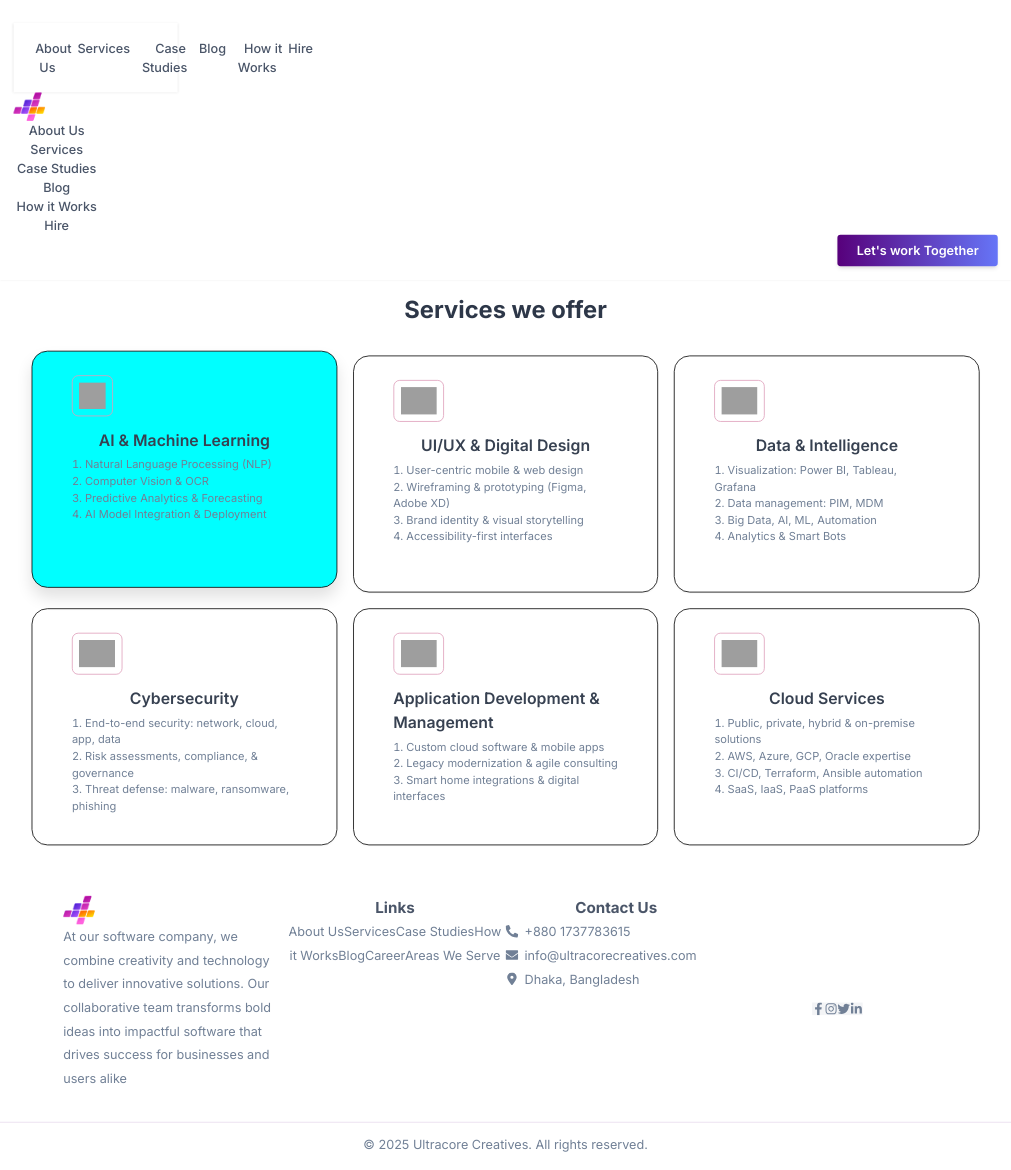
Repository: nazifat/ultra-core
Page: /services
The author's editor kept a copy of each file at every save. The page is drawn from the files as they stood at one save, then again after the next save.
The browser window is 1280 px wide. The pictures show the whole page, at 79% of full size.
The pointer rests on the first visible `.hover-card`.
Pictures or frames that could not be fetched are drawn as grey boxes. The project was rebuilt for these pictures with package versions that can differ from the ones it lists, and the page was loaded fresh each time. Also part of the build but not shown: vite.config.js, src/App.jsx, src/Pages/ErrorPage/ErrorPage.jsx, src/Components/Divider/Divider.jsx, src/Components/CustomHeader/CustomHeader.jsx, src/Pages/Home/Approach/Approach.jsx, src/Pages/Home/Banner/Banner.jsx, src/Pages/Home/BoldIdeas/BoldIdeas.jsx and 23 more.

Above is the page before, as saved 2025-07-10 14:16:16.

### index.html
<!doctype html>
<html lang="en">
  <head>
    <meta charset="UTF-8" />
    <link rel="icon" type="image/svg+xml" href="/vite.svg" />
    <meta name="viewport" content="width=device-width, initial-scale=1.0" />
    <title>Ultracore Creatives</title>
  </head>
  <body>
    <div id="root"></div>
    <script type="module" src="/src/main.jsx"></script>
  </body>
</html>

### src/main.jsx
import { StrictMode } from 'react'
import { createRoot } from 'react-dom/client'
import './index.css'
import App from './App.jsx'
import { router } from './Providers/RouterProvider/RouterProvider'

import {

  RouterProvider
} from "react-router-dom";

createRoot(document.getElementById('root')).render(
  <StrictMode>
    <RouterProvider router={router} />

  </StrictMode>,
)

### src/index.css

@import "@fontsource/inter"; /* Defaults to 400 weight */
@import "@fontsource/inter/500.css";
@import "@fontsource/inter/600.css";
@import "@fontsource/inter/700.css";

@tailwind base;
@tailwind components;
@tailwind utilities;


body{
    background-color: white;
}


.custom-navbar{
    font-family: 'Inter', sans-serif;
    font-weight: 500;
    color: #4A5568;
    font-size: 16px;
}

.custom-navbar a{
  margin-right: 15px;
}



.custom-footer{


font-family: 'Inter', sans-serif;
font-weight: 400;
color: #718096;
line-height:  30px;
letter-spacing: 0%;
font-size: 16px;

}

.custom-footer h6{

  color: #4A5568 !important;
  font-weight:700;
  text-transform: capitalize;
  font-size: larger;

}

.card{
    width: fit-content;
    width: 95%;
    margin: auto;
    height: 400px;
}

@media (max-width: 480px) {
    .card {
      height: 300px; /* or any smaller value */
      width: 80%;
    }
  }


  .tab:hover{
    background: linear-gradient(to right, #F76680, #57007B);
    -webkit-background-clip: text;
    -webkit-text-fill-color: transparent;

    /* Optional: for Firefox */
    background-clip: text;
    color: transparent;

  }
  .tab{
      color: gray;
      border-bottom: white 2px solid;



  }

  .tabs{

    align-items: center !important;
    justify-content: center !important;
    font-size: medium;

  }


  .tab:not(:checked, label:has(:checked), :hover, .tab-active, [aria-selected="false"]){
    color: gray;
    /* border-bottom: purple 2px; */

  }

  .tab:checked, label:has(:checked), .tab-active, [aria-selected="true"]{
    color: purple;
    /* border-bottom: purple 2px solid; */

  background: -webkit-linear-gradient(#F76680, #57007B);
  -webkit-background-clip: text;
  -webkit-text-fill-color: transparent;




  }

  .tab-content {
    margin-top: 50px;
    padding: 0 10px 0 10px;
    width: 70%;
    max-width: auto;
  }

  .tab-content img{
    height: 60px;
    width: fit-content;
  }


  @media (max-width: 480px){

    .tab-content img{
      /* height: auto; */
      width: fit-content;
    }

    .service-card{
      margin: 20px 0px;
    }

    .service-card h2{
      font-size: 16px !important;
      margin-bottom: 5px;
    }

    .circle-divider{
      display: none;
    }

    .how-it-works-divider{
      display:none;
    }


  }


  .approach p{
    font-weight: 400;
    font-size: 14px;
    color: #5d697e;
    font-family: 'Inter';
    line-height: 162%;
  }

  .navbar {
    padding: 17px;
  }


  /* swiper slider------------------ */

  .swiper-pagination-bullet-active{
    background: linear-gradient(45deg, #F76680, #57007B) !important;

  }

  .swiper-pagination-bullet{
    height: 15px !important;
    width: 15px !important;
    /* border: 5px solid black !important; */


  }

  .swiper-wrapper{
    margin-bottom: 5% !important;
  }

  /* .service area */


  .service-card{
    padding: 30px 50px;
    border: 1px solid;
    border-radius: 20px;
    min-height: 300px;

  }

  .service-card img{
    margin-bottom: 15px;

  }

  .service-card li{
    font-size: 14px;
    color: #718096;
    font-weight: 300;
  }

  .service-card h2{
    font-size: 20px;
    margin-bottom: 5px;


  }




/* expert team card hover */

.card-hover {
  transition: transform 0.3s ease-in-out, box-shadow 0.3s ease-in-out;
}

.card-hover:hover {
  transform: scale(1.05) translateY(-8px);
  box-shadow: 0 10px 20px rgba(0, 0, 0, 0.3);
}

### src/Providers/RouterProvider/RouterProvider.jsx
import {
  createBrowserRouter,
  RouterProvider,
} from "react-router-dom";
import ErrorPage from "../../Pages/ErrorPage/ErrorPage";
import Home from "../../Pages/Home/Home";
import Root from '../../Pages/Root/Root';
import About from "../../Pages/About/About";
import Services from '../../Pages/Services/Services';
import CaseStudies from '../../Pages/CaseStudies/CaseStudies'
import Blog from '../../Pages/Blog/Blog'
import Hire from '../../Pages/Hire/Hire'
import HowItWorks from '../../Pages/HowItWorks/HowItWorks'


export const router = createBrowserRouter([
  {
    path: "/",
    element: <Root></Root>,
    errorElement: <ErrorPage></ErrorPage>,
    children: [
      {
        path: "/",
        element: <Home></Home>,
      },
      {
        path: "/about",
        element: <About></About>
      },
      {
        path:"/services",
        element: <Services></Services>

      },
      {
        path: "/caseStudies",
        element: <CaseStudies></CaseStudies>
      },
      {
        path: "/blog",
        element: <Blog></Blog>
      },
      {
        path: "/howItWorks",
        element: <HowItWorks></HowItWorks>
      },
      {
        path: "/hire",
        element:<Hire></Hire>
      }
    ]
  },
]);

### src/App.css
#root {
  max-width: 1920px;
  margin: 0 auto;
  text-align: center;
  padding: 0;
}


.logo {
  height: 6em;
  padding: 1.5em;
  will-change: filter;
  transition: filter 300ms;
}
.logo:hover {
  filter: drop-shadow(0 0 2em #646cffaa);
}
.logo.react:hover {
  filter: drop-shadow(0 0 2em #61dafbaa);
}

@keyframes logo-spin {
  from {
    transform: rotate(0deg);
  }
  to {
    transform: rotate(360deg);
  }
}

@media (prefers-reduced-motion: no-preference) {
  a:nth-of-type(2) .logo {
    animation: logo-spin infinite 20s linear;
  }
}

.card {
  padding: 2em;
}

.read-the-docs {
  color: #888;
}

### src/Pages/Root/Root.jsx
import React from 'react';
import { Outlet } from 'react-router-dom';
import NavBar from '../../Components/Shared/NavBar'
import Footer from '../../Components/Shared/Footer'

const Root = () => {
    return (
        <div>
            <NavBar></NavBar>
            <Outlet></Outlet>
            <Footer></Footer>

        </div>
    );
};

export default Root;

### src/Pages/Services/Services.jsx

import HeaderBanner from '../../Components/HeaderBanner/HeaderBanner'
import '../Services/Services.css'
const Services = () => {
    return (
        <div className=''>

            {/* <HeaderBanner img="" title="Services"></HeaderBanner> */}
            <h2 className='lg:text-3xl text-xl mt-5 text-[#2D3748] lg:mb-10 text-center font-bold'>Services we offer</h2>

            <div className='service-area grid md:grid-cols-3 grid-cols-1 px-10 my-10 gap-5'>
                {/* service--1 */}
                <div className=" service-card hover-card bg-[#fff] shadow-sm  rounded-lg">
                    <div className=''>
                        <img
                            className='h-[52px] w-[52px] border border-[#DE9EBA] rounded-lg p-2'
                            src="https://i.ibb.co.com/Z6r8QtGn/aiml.png"
                            alt="AI"
                        />
                    </div>

                    <div className="">
                        <h2 className="card-title font-semibold text-gray-700">
                            AI & Machine Learning
                        </h2>
                        <ol className='text-left text-[#718096] list-decimal list-inside  '>
                            <li>Natural Language Processing (NLP)</li>
                            <li>Computer Vision & OCR</li>
                            <li>Predictive Analytics & Forecasting</li>
                            <li>AI Model Integration & Deployment</li>
                        </ol>

                    </div>
                </div>


                {/* service--2 */}
                <div className="service-card  hover-card bg-[#fff]  shadow-sm">
                    <div className=''>
                        <img
                            className='max-h-16 max-w-16 border border-[#DE9EBA] rounded-lg p-2 object-contain'
                            src="https://i.ibb.co.com/BK6pc359/uiux.png"
                            alt="AI"
                        />
                    </div>

                    <div className="">
                        <h2 className="card-title font-semibold text-gray-700">
                            UI/UX & Digital Design
                        </h2>
                        <ol className='text-left text-[#718096] list-decimal list-inside  '>
                            <li>User-centric mobile & web design</li>
                            <li>Wireframing & prototyping (Figma, Adobe XD)</li>
                            <li>Brand identity & visual storytelling</li>
                            <li>Accessibility-first interfaces</li>
                        </ol>

                    </div>
                </div>


                {/* service--3 */}
                <div className="service-card hover-card bg-[#fff] shadow-sm">
                    <div className=''>
                        <img
                            className='max-h-16 max-w-16 border border-[#DE9EBA] rounded-lg p-2 object-contain'
                            src="https://i.ibb.co.com/8Lm3b3QH/data.png"
                            alt="AI"
                        />
                    </div>

                    <div className="">
                        <h2 className="card-title font-semibold text-gray-700">
                            Data & Intelligence
                        </h2>
                        <ol className='text-left text-[#718096] list-decimal list-inside  '>
                            <li>Visualization: Power BI, Tableau, Grafana</li>
                            <li>Data management: PIM, MDM</li>
                            <li>Big Data, AI, ML, Automation</li>
                            <li>Analytics & Smart Bots</li>
                        </ol>

                    </div>
                </div>

                {/* service--4 */}
                <div className="service-card hover-card bg-[#fff]  shadow-sm">
                    <div className=''>
                        <img
                            className='max-h-16 max-w-16 border border-[#DE9EBA] rounded-lg p-2 object-contain'
                            src="https://i.ibb.co.com/cKqS9P1P/cyber.png"
                            alt="Cybersecurity"
                        />
                    </div>

                    <div className="">
                        <h2 className="card-title font-semibold text-gray-700">
                            Cybersecurity
                        </h2>
                        <ol className='text-left text-[#718096] list-decimal list-inside  '>
                            <li>End-to-end security: network, cloud, app, data</li>
                            <li>Risk assessments, compliance, & governance</li>
                            <li>Threat defense: malware, ransomware, phishing</li>
                        </ol>

                    </div>
                </div>
                {/* service--5 */}
                <div className="service-card hover-card bg-[#fff] shadow-sm">
                    <div className=''>
                        <img
                            className='max-h-16 max-w-16 border border-[#DE9EBA] rounded-lg p-2 object-contain'
                            src="https://i.ibb.co.com/zHbNkDRR/ADM.png"
                            alt="AI"
                        />
                    </div>

                    <div className="">
                        <h2 className="card-title font-semibold text-gray-700 text-left">
                            Application Development & Management
                        </h2>
                        <ol className='text-left text-[#718096] list-decimal list-inside  '>
                            <li>Custom cloud software & mobile apps</li>
                            <li>Legacy modernization &amp; agile consulting</li>
                            <li>Smart home integrations & digital interfaces</li>

                        </ol>

                    </div>
                </div>
                {/* service--6 */}
                <div className="service-card hover-card bg-[#fff] shadow-sm">
                    <div className=''>
                        <img
                            className='max-h-16 max-w-16 border border-[#DE9EBA] rounded-lg p-2 object-contain'
                            src="https://i.ibb.co.com/4ZFPnfhK/cloud.png"
                            alt="AI"
                        />
                    </div>

                    <div className="">
                        <h2 className="card-title font-semibold text-gray-700">
                            Cloud Services
                        </h2>
                        <ol className='text-left text-[#718096] list-decimal list-inside  '>
                            <li>Public, private, hybrid & on-premise solutions</li>
                            <li>AWS, Azure, GCP, Oracle expertise</li>
                            <li>CI/CD, Terraform, Ansible automation</li>
                            <li>SaaS, IaaS, PaaS platforms</li>

                        </ol>

                    </div>
                </div>




            </div>



        </div>
    );
};

export default Services;

### src/Components/Divider/LineDivider.jsx
import React from 'react';

const LineDivider = () => {
    return (
        <div>
            <div className="h-[1px] w-full bg-[#E7DAED] my-4"></div>

        </div>
    );
};

export default LineDivider;

### src/Components/Shared/NavBar.jsx
import React from 'react';
import { NavLink } from 'react-router-dom';
import logo from '../../assets/images/logo.png'
import CustomButton from '../CustomButton/CustomButton';
import { MdOutlineMenu } from "react-icons/md";


const NavBar = () => {

    const links = <>
        <li className='custom-navbar'><NavLink to="/about">About Us</NavLink></li>
        <li className='custom-navbar'><NavLink to="/Services">Services</NavLink></li>
        <li className='custom-navbar'><NavLink to="/caseStudies">Case Studies</NavLink></li>
        <li className='custom-navbar'><NavLink to="/blog">Blog</NavLink></li>
        <li className='custom-navbar'><NavLink to="/howItWorks">How it Works</NavLink></li>
        <li className='custom-navbar'> <NavLink to="/hire">Hire</NavLink></li>
    </>
    return (
        <div className="navbar w-full shadow">
            <div className="navbar-start">
                <div className="dropdown ">
                    <div tabIndex={0} role="button" className="btn btn-lg bg-gray-100 border-0 mx-2  lg:hidden  ">
                    <MdOutlineMenu  className='text-gray-600'/>
                    </div>
                    <ul
                        // tabIndex={0}
                        className="menu menu-md dropdown-content bg-white z-1 mt-3 w-52 p-5 shadow flex ">
                        {links}
                    </ul>
                </div>
                <NavLink className=" text-xl" to='/'><img src={logo} alt="" /></NavLink>
            </div>
            <div className="navbar-center hidden lg:flex">
                <ul className="menu menu-horizontal px-1">
                    {links}

                </ul>
            </div>
            <div className="navbar-end">
            <CustomButton
                            className="justify-end"
                            btnText="Let's work Together"
                        />
                {/* <CustomButton justifyPosition="end" btnText="Let's work Together"></CustomButton> */}

            </div>
        </div>
    );
};

export default NavBar;

### src/Components/Shared/Footer.jsx
import { NavLink } from 'react-router-dom';
import logo from '../../assets/images/logo.png'
import { FaEnvelope, FaFacebook, FaFacebookF, FaFacebookSquare, FaInstagram, FaLinkedin, FaLinkedinIn, FaLocationArrow, FaPhoneAlt, FaTwitter } from "react-icons/fa";

import { FaLocationDot } from "react-icons/fa6";
import LineDivider from '../Divider/LineDivider';
const Footer = () => {
    return (
        <div>
            <footer className="lg:px-20 custom-footer footer  sm:footer-horizontal text-gray-600 text-neutral-content p-10  flex md:flex-row flex-col md:justify-evenly md:p-6 " >
                <nav className='flex-[1] min-w-[200px]' >
                    <NavLink to="/"> <img src={logo} alt="" /></NavLink>

                    <p className='text-left'>At our software company, we combine creativity and technology to deliver innovative solutions. Our collaborative team transforms bold ideas into impactful software that drives success for businesses and users alike
                    </p>
                </nav>
                <nav className='flex-1 justify-center'>
                    <h6 className="">Links</h6>
                    <NavLink to="/about">About Us</NavLink>
                    <NavLink to="/services">Services</NavLink>
                    <NavLink to="/caseStudies">Case Studies</NavLink>
                    <NavLink to="/howItWorks">How it Works</NavLink>
                    <NavLink to="/blog">Blog</NavLink>
                    <NavLink to="/career">Career</NavLink>
                    <NavLink to="/areasWeServer">Areas We Serve</NavLink>
                </nav>
                <nav className='flex-1 justify-center'>
                    <h6 className="">Contact Us</h6>
                    <p className="flex items-center gap-2"><FaPhoneAlt />+880 1737783615</p>
                    <p className="flex items-center gap-2"><FaEnvelope /> info@ultracorecreatives.com</p>
                    <p className="flex items-center gap-2"><FaLocationDot /> Dhaka, Bangladesh</p>
                </nav>
                <nav className='flex-1 justify-center flex items-center justify-center mt-10'>

                    <button className="btn btn-circle bg-gray-100 text-base-100 border-gray-100">
                        <FaFacebookF></FaFacebookF>
                    </button>
                    <button className="btn btn-circle bg-gray-100 text-base-100 border-gray-100">
                        <FaInstagram></FaInstagram>
                    </button>
                    <button className="btn btn-circle bg-gray-100 text-base-100 border-gray-100">
                        <FaTwitter></FaTwitter>
                    </button>
                    <button className="btn btn-circle bg-gray-100 text-base-100 border-gray-100">
                        <FaLinkedinIn />
                    </button>

                </nav>





            </footer>

                <LineDivider></LineDivider>
            <aside className='lg:px-20'>
                <p className='text-center text-[#718096] pb-5'> © {new Date().getFullYear()}  Ultracore Creatives. All rights reserved.</p>
            </aside>

        </div>


    );
};

export default Footer;

### src/Pages/Services/Services.css
.hover-card {
  transition: transform 0.3s ease, box-shadow 0.3s ease;
}

.hover-card:hover {
  transform: translateY(-6px);
  box-shadow: 0 12px 20px rgba(0, 0, 0, 0.12);
  cursor: pointer;
  background-color: aqua;
}

### src/Components/CustomButton/CustomButton.jsx
// import React from 'react';
// import { NavLink } from 'react-router-dom';

import { NavLink } from "react-router-dom";

// const CustomButton = (props) => {
//     return (
//         <div className={`w-full flex  justify-${props.justifyPosition}`}>
//             <NavLink className="btn lg:btn-lg btn-sm bg-gradient-to-r from-[#57007B] to-[#6675F7] text-white font-semibold py-2 px-6 rounded shadow-md hover:opacity-90 transition duration-300">
//                 {props.btnText}
//             </NavLink>
//         </div>
//     );
// };

// export default CustomButton;


export default function CustomButton({ btnText, className = '' }) {
    return (
      <div className={`flex ${className}`}>
        <NavLink className="btn lg:btn-lg btn-sm bg-gradient-to-r from-[#57007B] to-[#6675F7] text-white font-semibold py-2 px-6 rounded shadow-md hover:opacity-90 transition duration-300">
          {btnText}
        </NavLink>
      </div>
    );
  }

### tailwind.config.js
/** @type {import('tailwindcss').Config} */
export default {
  content: ["./src/**/*.{html,js,jsx,ts,tsx}"],

  theme: {
    extend: {

      fontFamily: {
        sans: ['Inter', 'sans-serif'], // replaces default sans
      },
      screens: {
        sm: '640px',
        // other breakpoints...
      },

    },


  },
  plugins: [
    require('daisyui'),
  ],

}

After the next save:
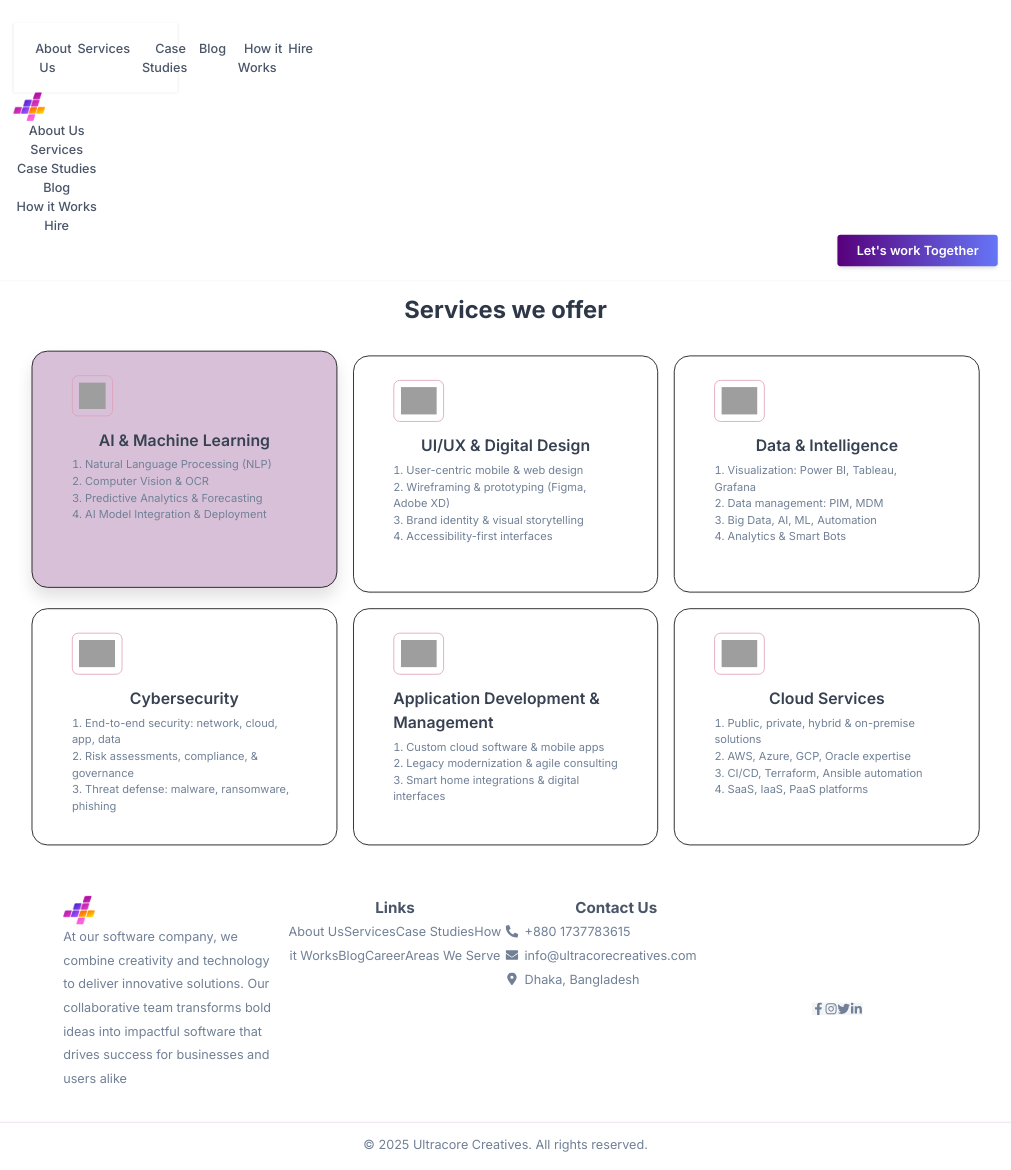
Saved 21 s later.
--- a/src/Pages/Services/Services.css
+++ b/src/Pages/Services/Services.css
@@ -6,5 +6,5 @@
   transform: translateY(-6px);
   box-shadow: 0 12px 20px rgba(0, 0, 0, 0.12);
   cursor: pointer;
-  background-color: aqua;
+  background-color: rgb(216, 193, 216) ;
 }
